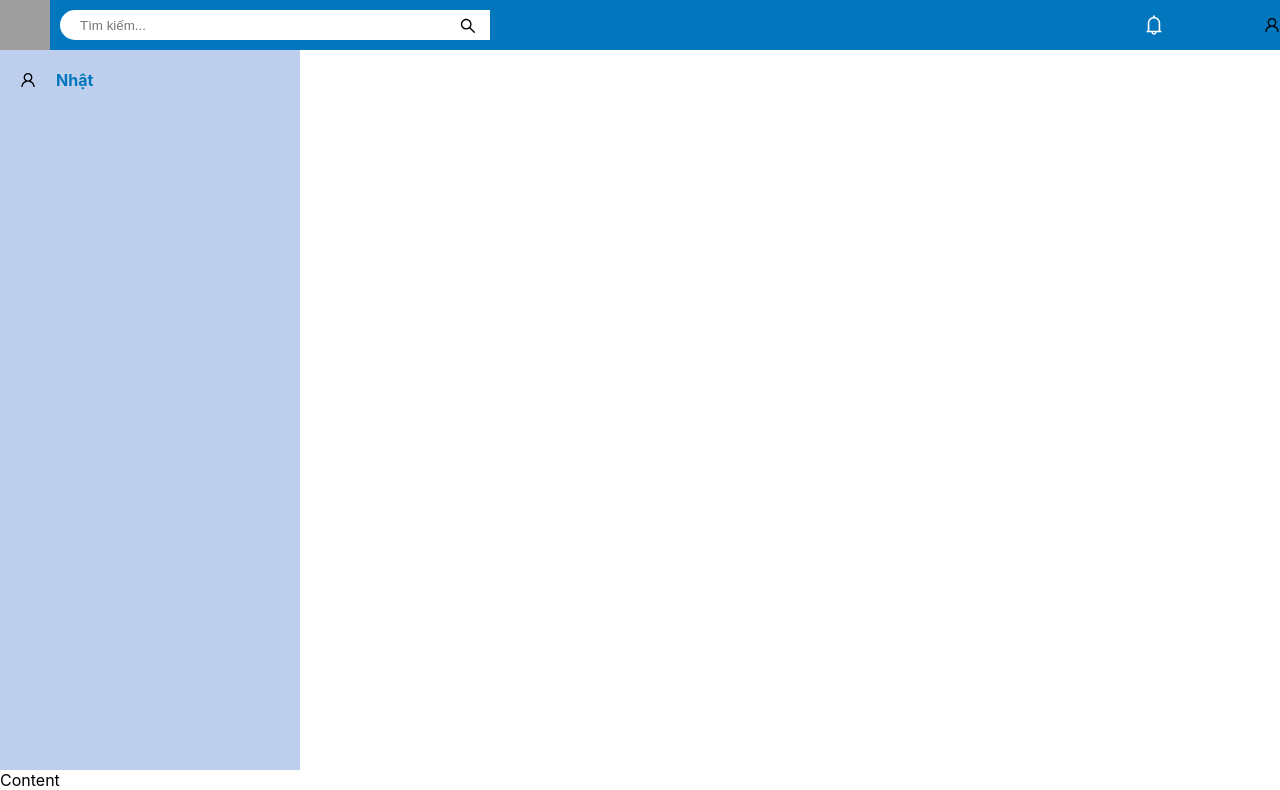
Repository: baonhat27/SocialNetwork_FE
Page: /home
The author's editor kept a copy of each file at every save. The page is drawn from the files as they stood at one save, then again after a run of saves.
The browser window is 1280 px wide. The pictures show the whole page.
Pictures or frames that could not be fetched are drawn as grey boxes. The project was rebuilt for these pictures with package versions that can differ from the ones it lists, and the page was loaded fresh each time. Also part of the build but not shown: src/containers/home/component/HomeComponent.module.css, src/containers/loginPage/component/LoginPageComponent.module.css, src/components/Input/Input.module.css, src/components/Input/Input.js, src/components/Button/Button.module.css, src/components/Button/Button.js, src/containers/loginPage/component/LoginPageComponent.js, src/containers/loginPage/LoginPageContainer.js.

Above is the page before, as saved 2022-03-09 21:17:01.

### public/index.html
<!DOCTYPE html>
<html lang="en">
  <head>
    <meta charset="utf-8" />
    <link rel="icon" href="%PUBLIC_URL%/favicon.ico" />
    <meta name="viewport" content="width=device-width, initial-scale=1" />
    <meta name="theme-color" content="#000000" />
    <meta
      name="description"
      content="Web site created using create-react-app"
    />
    <link rel="apple-touch-icon" href="%PUBLIC_URL%/logo192.png" />
    <!--
      manifest.json provides metadata used when your web app is installed on a
      user's mobile device or desktop. See https://developers.google.com/web/fundamentals/web-app-manifest/
    -->
    <link rel="manifest" href="%PUBLIC_URL%/manifest.json" />
    <!--
      Notice the use of %PUBLIC_URL% in the tags above.
      It will be replaced with the URL of the `public` folder during the build.
      Only files inside the `public` folder can be referenced from the HTML.

      Unlike "/favicon.ico" or "favicon.ico", "%PUBLIC_URL%/favicon.ico" will
      work correctly both with client-side routing and a non-root public URL.
      Learn how to configure a non-root public URL by running `npm run build`.
    -->
    <title>Social network</title>
  </head>
  <body>
    <noscript>You need to enable JavaScript to run this app.</noscript>
    <div id="root"></div>
    <!--
      This HTML file is a template.
      If you open it directly in the browser, you will see an empty page.

      You can add webfonts, meta tags, or analytics to this file.
      The build step will place the bundled scripts into the <body> tag.

      To begin the development, run `npm start` or `yarn start`.
      To create a production bundle, use `npm run build` or `yarn build`.
    -->
  </body>
</html>

### src/App.js
import { Route,Switch } from 'react-router-dom';
import './App.css';
import HeaderContainer from './containers/header/HeaderContainer';
import HomeContainer from './containers/home/HomeContainer';
import LoginPageContainer from './containers/loginPage/LoginPageContainer';
function App() {
  return (
    <div className="App">
      <Switch>
        <Route path='/login'>
          <LoginPageContainer/>
        </Route>
        <Route path="/home">
            <HeaderContainer/>
            <HomeContainer/>
        </Route>
      </Switch>
    </div>
  );
}

export default App;

### src/containers/header/HeaderContainer.js
import React from 'react';
import HeaderComponent from './component/HeaderComponent';

const HeaderContainer = () => {
    return (
        <HeaderComponent></HeaderComponent>
    );
};

export default HeaderContainer;

### src/containers/home/HomeContainer.js
import HomeComponent from "./component/HomeComponent"
import React from 'react';

const HomeContainer = () => {
    return (
        <div>
            <HomeComponent/>
        </div>
    );
};

export default HomeContainer;

### src/containers/header/component/HeaderComponent.js
import React from 'react';
import { Layout} from "antd";
import { Avatar } from 'antd';
import { UserOutlined, BellOutlined  } from '@ant-design/icons';
import styles from "./header.module.css"
import Search from '../../../components/Search/Search';


const { Header } = Layout;


const HeaderComponent = () => {
    return (
        <Header className={styles.header}>
            <div class={styles.header_left}>
                <img className={styles.img_logo}
                    src='https://images.yourstory.com/cs/images/companies/484073261089321671237850235461832427438080n-1609922812339.png'
                />
                <Search/>
            </div>
            <div class={styles.header_right}>
                <BellOutlined
                    style={{fontSize: '20px', color:'white'}}
                />
                <Avatar size="small" icon={<UserOutlined />} style={{marginLeft:100}} />
            </div>
        </Header>
    );
};

export default HeaderComponent;

### src/containers/home/component/HomeComponent.js
import styles from "./HomeComponent.module.css"
import React from "react";
import { Layout, Avatar } from "antd";
import { UserOutlined } from "@ant-design/icons";
import SiderComponent from "../../sider/component/SiderComponent";

const { Header, Footer, Sider, Content } = Layout;

const HomeComponent = (props) => {
    return (
        <Layout>
            <SiderComponent>

            </SiderComponent>


            <Layout>
                <Content>Content</Content>
            </Layout>
        </Layout>
    );
};

export default HomeComponent;

### src/containers/header/component/header.module.css
.header{
    background-color: #0277bd !important;
    display: flex;
    justify-content: space-between;
    align-items: center;
}
.header_left{
    display: flex;
    align-items: center;
}
.header_right{
    display: flex;
    align-items: center;
}
.search {
    margin-left: 50px;
    width: 400px !important;
}
.img_logo{
    width: 50px;
    height: 50px;
    background-size: cover;
}

### src/components/Search/Search.js
import React from 'react';
import './Search.css'
import { SearchOutlined } from '@ant-design/icons';

const Search = () => {
    return (
    <>
        <input
            placeholder='Tìm kiếm...'
            className='inputSearch'
        />
        <SearchOutlined
            className='iconSearch'
        />

    </>
    );
};

export default Search;

### src/containers/sider/component/SiderComponent.js
import React from 'react';
import styles from './Sider.module.css'
import { Layout, Avatar } from "antd";
import { UserOutlined } from "@ant-design/icons";

const SiderComponent = (props) => {
    return (
        <div className={styles.sider}>
            <div className={styles.user_info}>
                    <Avatar size="large" icon={<UserOutlined/>}></Avatar>
                    <div className={styles.user_name}> Nhật</div>
                </div>
        </div>
    );
};

export default SiderComponent;

### src/components/Search/Search.css
.inputSearch{
    border: none;
    border-top-left-radius: 20px;
    border-bottom-left-radius: 20px;
    width: 400px;
    height: 30px;
    margin-left: 10px;
    padding-left: 20px;
}
.iconSearch{

    background-color: white;
    height: 30px;
    width: 30px;
    display: flex;
    padding: 8px 0px;
}
.iconSearch:hover{
    cursor: pointer;
}

### src/containers/sider/component/Sider.module.css
.sider{
    background-color: #bdcfec !important;
    height: 100vh;
    display: flex;
    width: 300px;
}
.user_info{
    margin: 20px;
    display: flex;
    justify-content: center;
}
.user_name{
    margin-left: 20px;
    color: #0277bd;
    font-weight: 700;
}

Loaded but not shown: src/index.js (common file); src/index.css (common file); src/reportWebVitals.js (common file); src/App.css (no stored copy; drawn as an empty file)

After the next 2 saves:
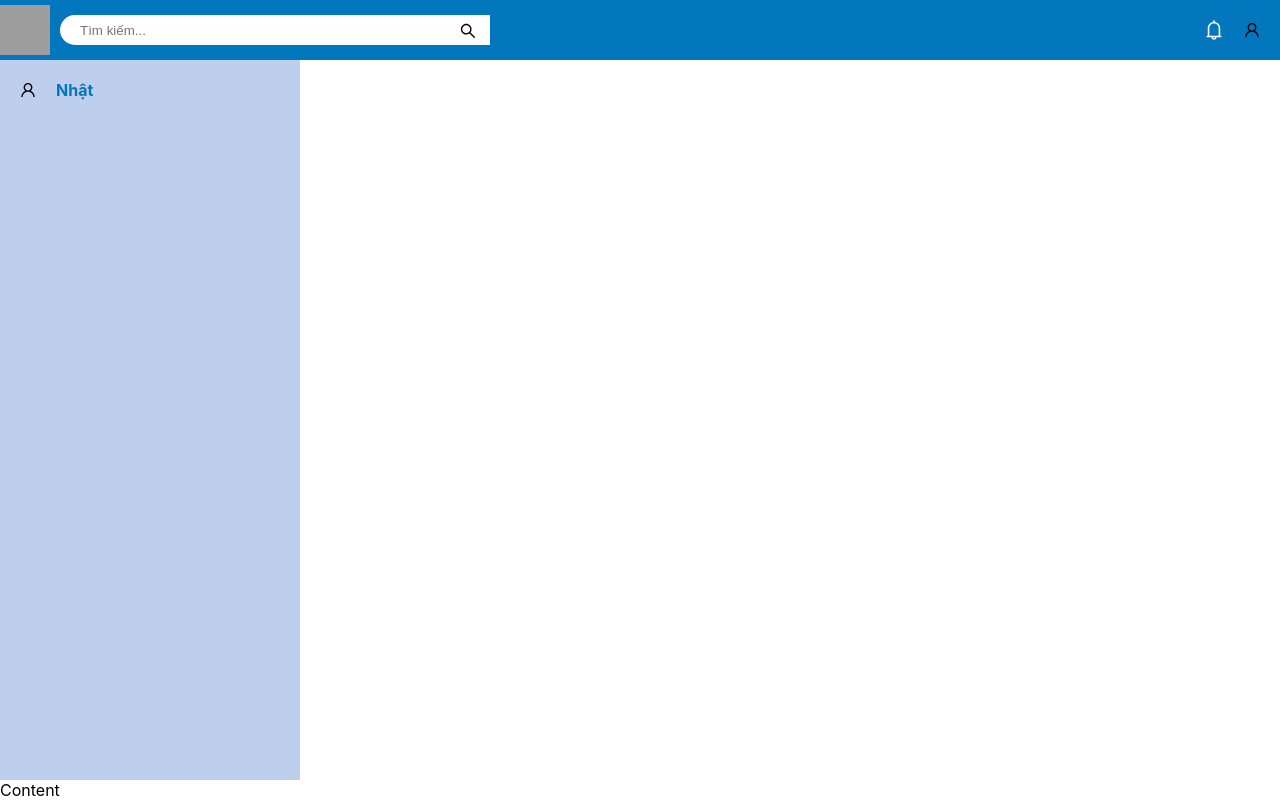
The 2 saves are shown as one change because they came seconds apart.
The last was saved 11 s later.
--- a/src/containers/header/component/HeaderComponent.js
+++ b/src/containers/header/component/HeaderComponent.js
@@ -22,7 +22,7 @@
                 <BellOutlined
                     style={{fontSize: '20px', color:'white'}}
                 />
-                <Avatar size="small" icon={<UserOutlined />} style={{marginLeft:100}} />
+                <Avatar size="small" icon={<UserOutlined />} style={{margin:20}} />
             </div>
         </Header>
     );

After the 4 saves that followed:
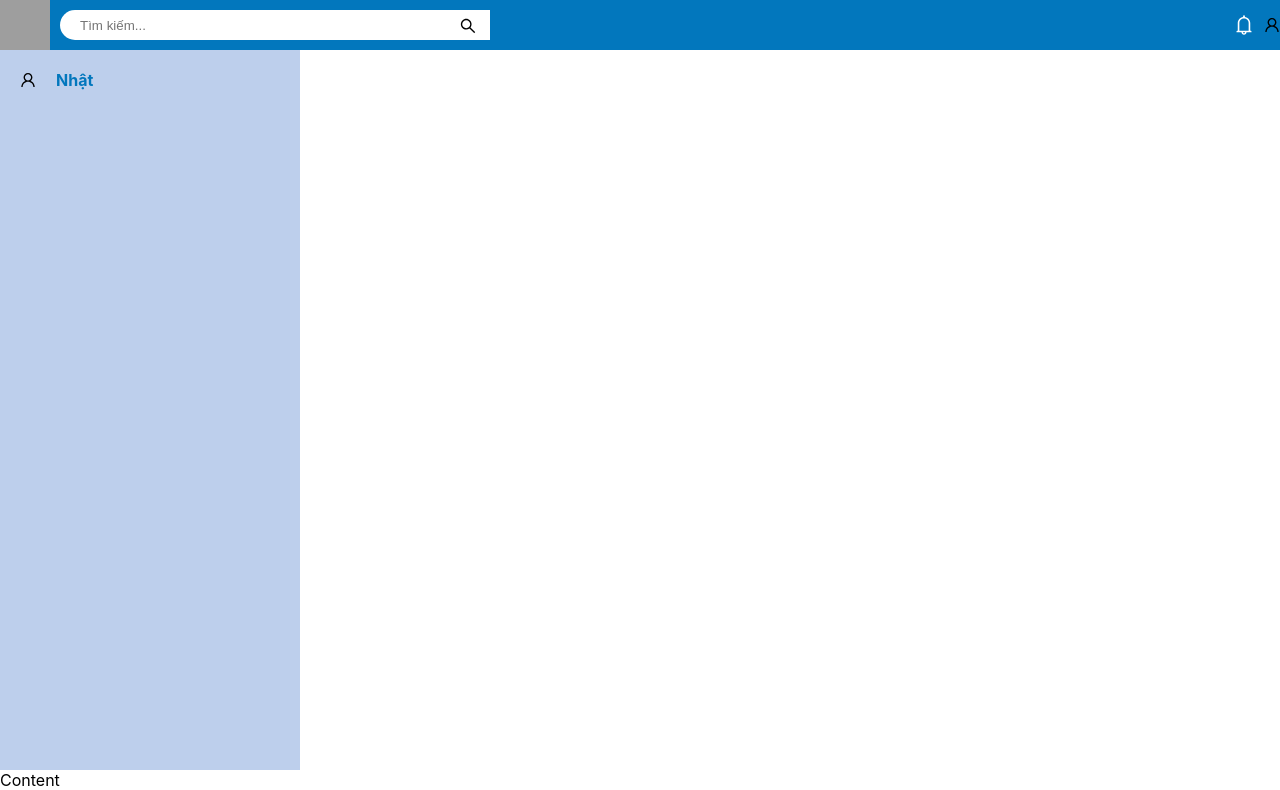
The 4 saves are shown as one change because 2 did not build or start and some came seconds apart.
The last was saved 35 s later.
--- a/src/containers/header/component/HeaderComponent.js
+++ b/src/containers/header/component/HeaderComponent.js
@@ -22,7 +22,7 @@
                 <BellOutlined
                     style={{fontSize: '20px', color:'white'}}
                 />
-                <Avatar size="small" icon={<UserOutlined />} style={{margin:20}} />
+                <Avatar size="small" icon={<UserOutlined />} style={{marginLeft: 10}} />
             </div>
         </Header>
     );
